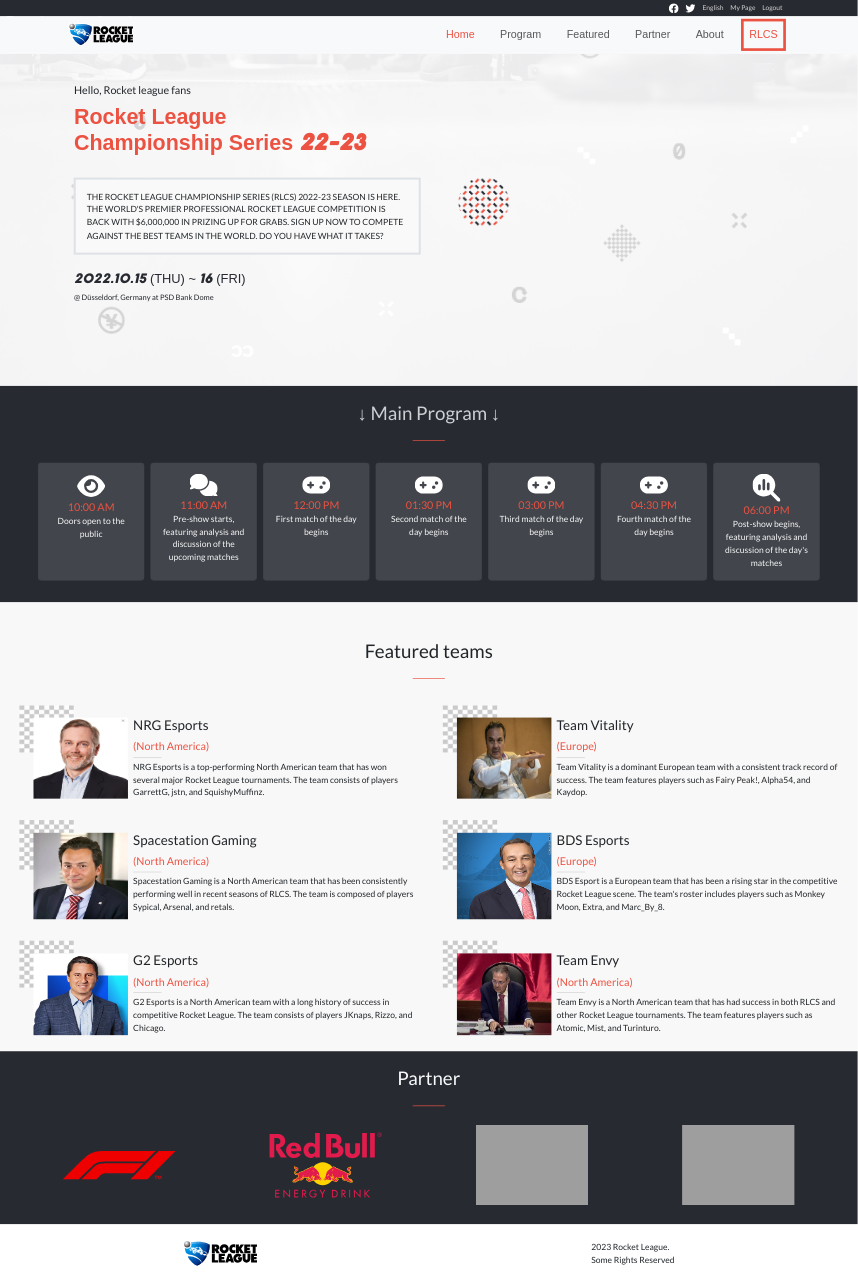
Repository: Salimer/RLCS-event-landing-page
Page: index.html
These files come from the project's save history. The page is drawn as it stood at one moment and after a run of saves; the edit follows.
The browser window is 1280 px wide. The pictures show the whole page, at 67% of full size.
Pictures or frames that could not be fetched are drawn as grey boxes. Backgrounds fixed to the window are drawn as part of the page.

Above is the page before, as saved 2023-04-20 15:45:43.

After the next 2 saves:
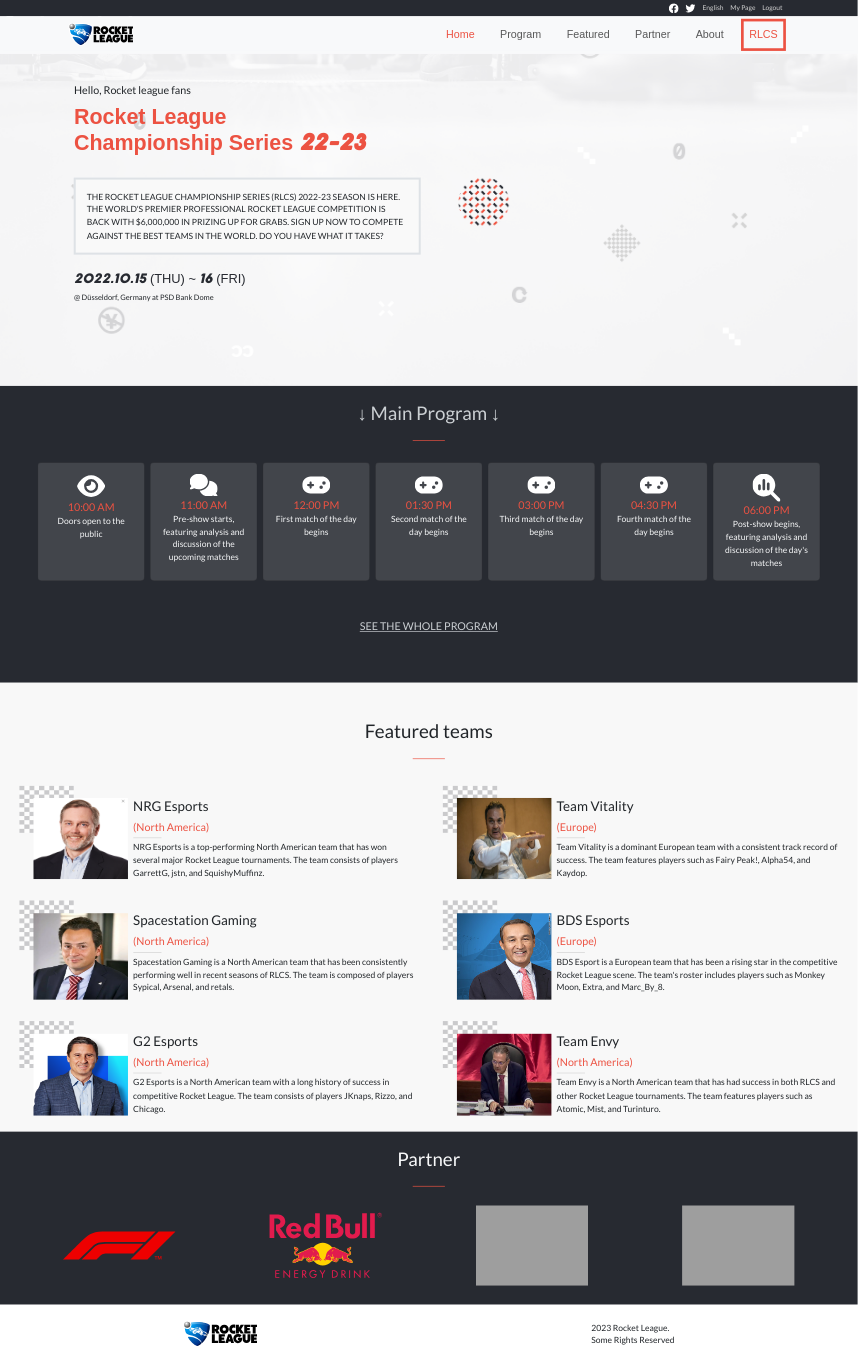
The 2 saves are shown as one change because they came seconds apart.
The last was saved 13 s later.
--- a/style.css
+++ b/style.css
@@ -395,6 +395,10 @@
     display: none;
   }
 
+  #whole-program {
+    display: block;
+  }
+
   /* Featured  */
   .featured-cards {
     flex-wrap: wrap;
